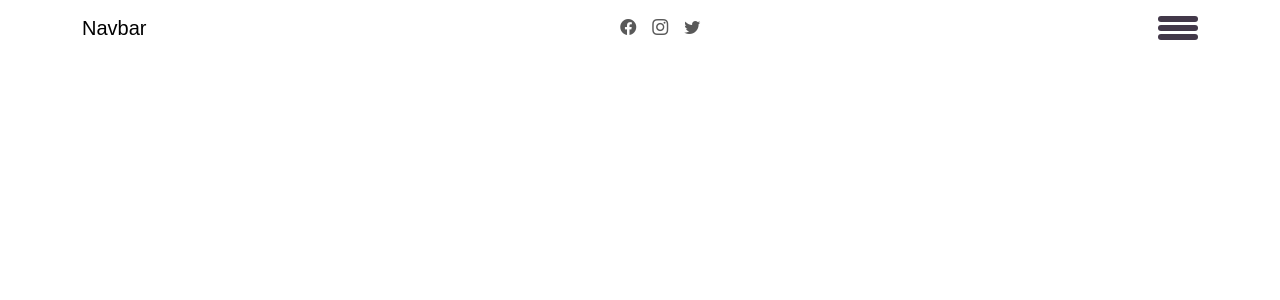
Repository: tagnam/project27012025
Page: index.html
An editor plug-in stored every save of this project. The page is shown before and after the next save, followed by the edit.
The browser window is 1280 px wide. The pictures show the whole page.

Above is the page before, as saved 2025-01-27 13:47:57.

### index.html
<!DOCTYPE html>
<html lang="en">
<head>
    <meta charset="UTF-8">
    <meta name="viewport" content="width=device-width, initial-scale=1.0">
    <link href="https://cdn.jsdelivr.net/npm/bootstrap@5.3.3/dist/css/bootstrap.min.css" rel="stylesheet" integrity="sha384-QWTKZyjpPEjISv5WaRU9OFeRpok6YctnYmDr5pNlyT2bRjXh0JMhjY6hW+ALEwIH" crossorigin="anonymous">
    <link rel="stylesheet" href="style/css/index.css">
    <link rel="stylesheet" href="style/css/animation.css">
    <link rel="stylesheet" href="style/css/responsive.css">
    <title>project27012025</title>
</head>
<body>
<header>
    <!-- --------------------------------------------start nav bar ------------------------------->
    <nav class="navbar navbar-expand-lg ">
        <div class="container">


          <div class="collapse navbar-collapse justify-content-between" id="navbarSupportedContent">
            <a class="navbar-brand" href="#">Navbar</a>
            <ul class="navbar-nav  ">

              <li class="nav-item">
                <a class="nav-link" href="#"><i class="bi bi-facebook"></i></a>
              </li>
              <li class="nav-item">
                <a class="nav-link" href="#"><i class="bi bi-instagram"></i></a>
              </li>
              <li class="nav-item">
                <a class="nav-link" href="#"><i class="bi bi-twitter"></i></a>
              </li>

            </ul>
            <div class="d-flex">
               <div class="menu-container">
                <span class="span-menu-01 menu-icon"></span>
                <span class="span-menu-02 menu-icon"></span>
                <span class="span-menu-03 menu-icon"></span>
            </div>
            </div>
          </div>
        </div>
      </nav>
      <!------------------------------------------------ end navbar ----------------------------->
      <section class="container">
        <div class="row">
            <div class="col-lg-6">

            </div>
            <div class="col-lg-6"></div>
        </div>
      </section>

</header>




<script src="https://cdn.jsdelivr.net/npm/bootstrap@5.3.3/dist/js/bootstrap.bundle.min.js" integrity="sha384-YvpcrYf0tY3lHB60NNkmXc5s9fDVZLESaAA55NDzOxhy9GkcIdslK1eN7N6jIeHz" crossorigin="anonymous"></script>
<script src="style/js/custom.js"></script>
</body>
</html>

### style/css/index.css
@import url("https://cdn.jsdelivr.net/npm/bootstrap-icons@1.11.3/font/bootstrap-icons.min.css");

*{
 margin: 0;
padding: 0;
box-sizing: border-box;
}

:root{
    --dark-color:#423849;
    --semi-dark-color:#b46ee0;
    --light-color:#d287d4;
    --main-heading-font-size: 2.5rem;
    --subheading-font-size: 1.5rem;
    --paragraph-font-size: 1rem;

}


body{
    font-family: 'Poppins', sans-serif;


}

.menu-icon{
    display: block;
    width: 40px;
    height: 6px;
    background-color: var(--dark-color);
    margin: 3px auto;
    border-radius: 20px;
    cursor: pointer;
}

Loaded but not shown: style/js/custom.js (no copy from this time; the picture is the same without it); style/css/animation.css (no stored copy; drawn as an empty file); style/css/responsive.css (no stored copy; drawn as an empty file)

After the next save:
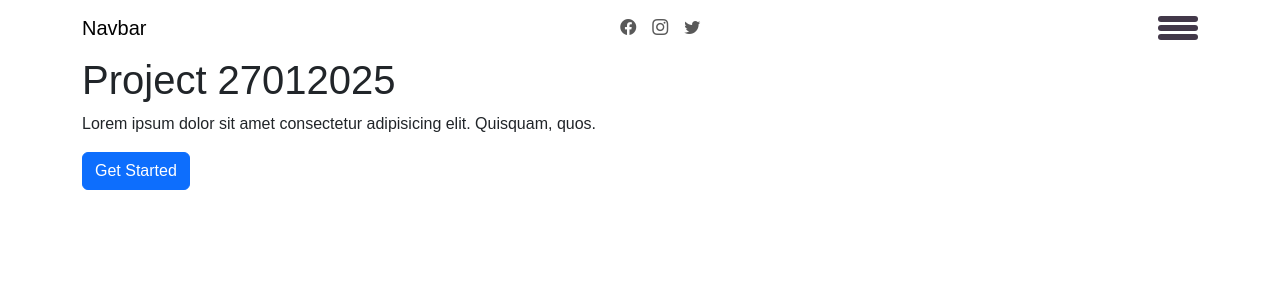
Saved 7 s later.
--- a/index.html
+++ b/index.html
@@ -45,7 +45,11 @@
       <section class="container">
         <div class="row">
             <div class="col-lg-6">
-
+                <div class="content">
+                    <h1>Project 27012025</h1>
+                    <p>Lorem ipsum dolor sit amet consectetur adipisicing elit. Quisquam, quos.</p>
+                    <button class="btn btn-primary">Get Started</button>
+                </div>
             </div>
             <div class="col-lg-6"></div>
         </div>
